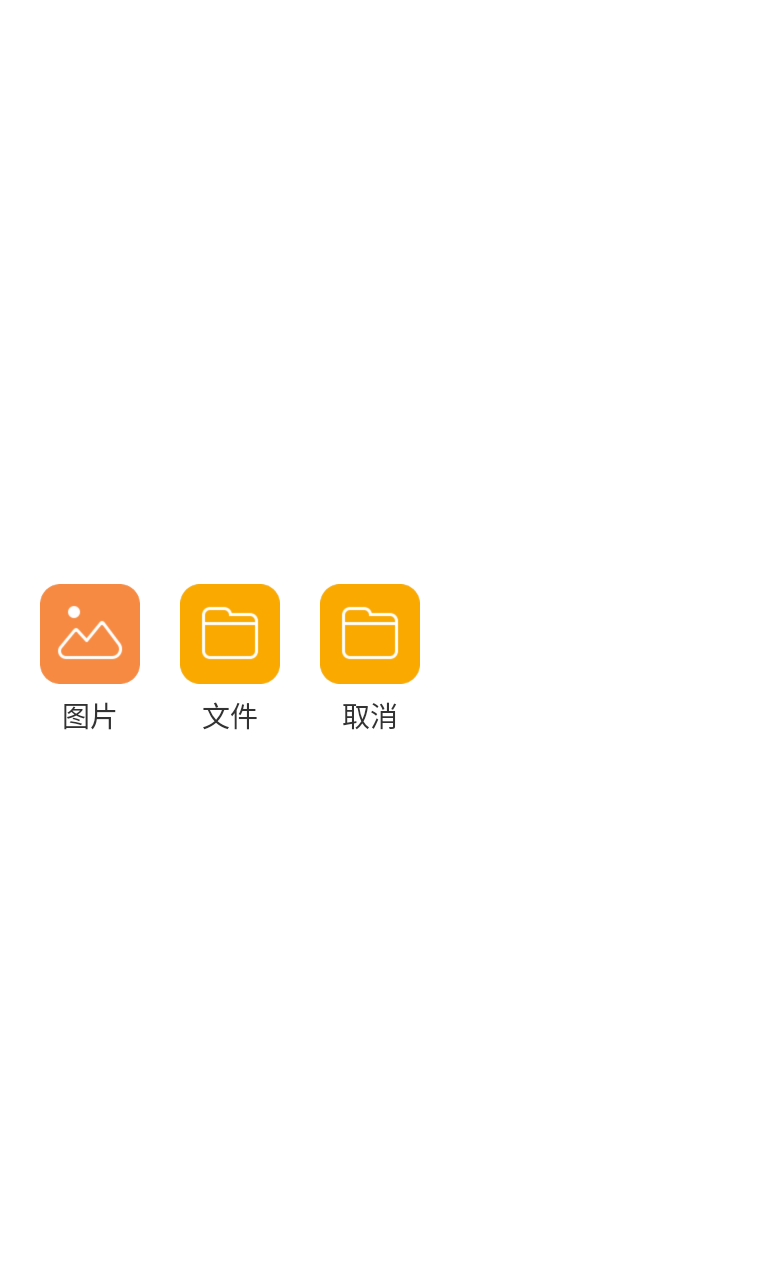
Repository: fanloveoupao/WecharTest
Layout: TestWechar/res/layout/choose_photo.xml
An editor plug-in stored every save of this project. The layout is shown before and after the next save, followed by the edit.
It is drawn on a 768 x 1280 px phone screen (xhdpi) without system bars, with theme AppTheme; the app's code is not run.

Above is the layout before, as saved 2015-10-09 07:47:04.

After the next save:
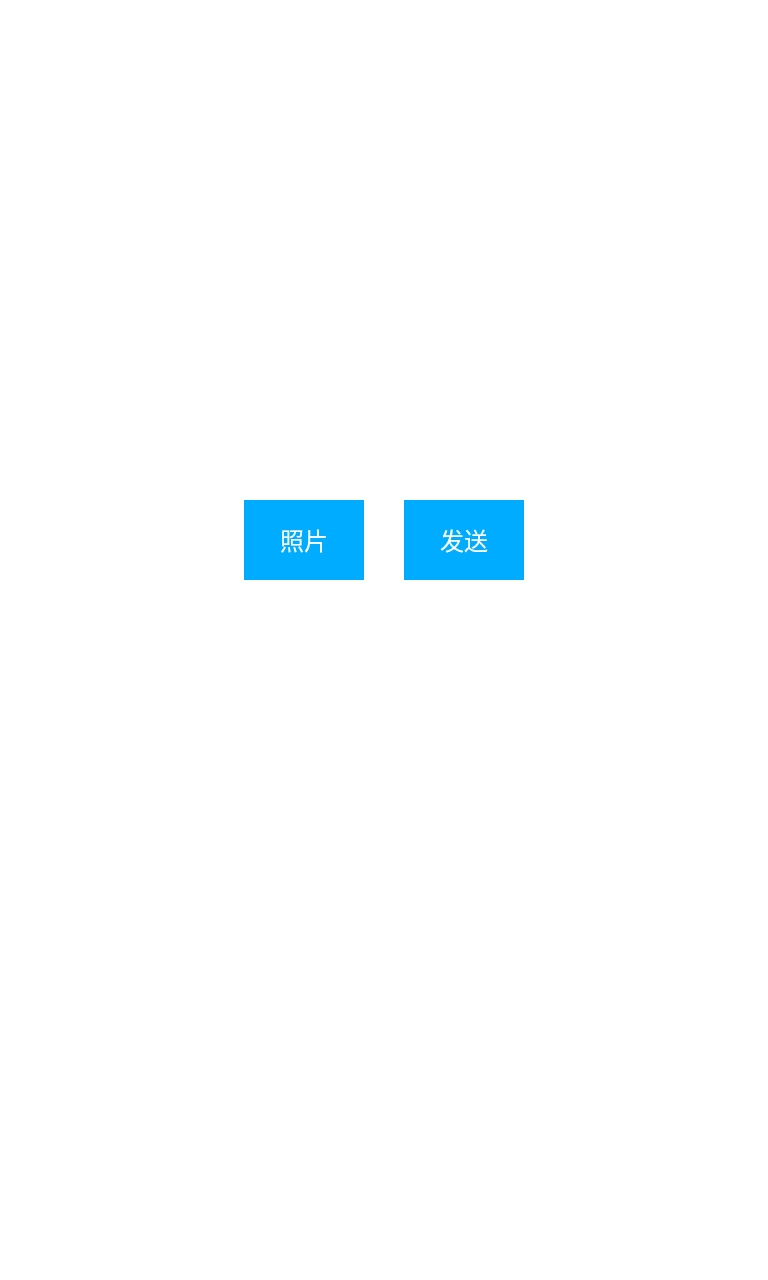
Saved 37 s later.
--- a/TestWechar/res/layout/choose_photo.xml
+++ b/TestWechar/res/layout/choose_photo.xml
@@ -2,78 +2,51 @@
 <LinearLayout xmlns:android="http://schemas.android.com/apk/res/android"
     android:layout_width="match_parent"
     android:layout_height="fill_parent"
-    android:gravity="center_vertical"
-    android:orientation="horizontal" >
+    android:gravity="center"
+    android:orientation="vertical" >
 
     <LinearLayout
-        android:layout_width="wrap_content"
+        android:id="@+id/btn_layout"
+        android:layout_width="fill_parent"
         android:layout_height="wrap_content"
-        android:layout_marginLeft="20dp"
-        android:layout_marginTop="10dp"
-        android:gravity="center_vertical"
-        android:orientation="vertical" >
+        android:gravity="center"
+        android:orientation="horizontal" >
 
-        <ImageView
-            android:id="@+id/send_photo"
-            android:layout_width="50dp"
-            android:layout_height="50dp"
-            android:src="@drawable/photo" />
+        <Button
+            android:id="@+id/btn_choose"
+            android:layout_width="60dp"
+            android:layout_height="40dp"
+            android:layout_marginRight="10dp"
+            android:background="@drawable/button_login_bg"
+            android:text="照片"
+            android:textColor="@color/white"
+            android:textSize="12dp" />
 
-        <TextView
-            android:id="@+id/text_photo"
-            android:layout_width="50dp"
-            android:layout_height="wrap_content"
-            android:layout_marginTop="5dp"
-            android:gravity="center"
-            android:text="图片" />
-    </LinearLayout>
-    <!--  -->
-
-    <LinearLayout
-        android:layout_width="wrap_content"
-        android:layout_height="wrap_content"
-        android:layout_marginLeft="20dp"
-        android:layout_marginTop="10dp"
-        android:gravity="center_vertical"
-        android:orientation="vertical" >
-
-        <ImageView
-            android:id="@+id/send_file"
-            android:layout_width="50dp"
-            android:layout_height="50dp"
-            android:src="@drawable/file" />
-
-        <TextView
-            android:id="@+id/text_file"
-            android:layout_width="50dp"
-            android:layout_height="wrap_content"
-            android:layout_marginTop="5dp"
-            android:gravity="center"
-            android:text="文件" />
+        <Button
+            android:id="@+id/btn_send"
+            android:layout_width="60dp"
+            android:layout_height="40dp"
+            android:layout_marginLeft="10dp"
+            android:background="@drawable/button_login_bg"
+            android:text="发送"
+            android:textColor="@color/white"
+            android:textSize="12dp" />
     </LinearLayout>
 
     <LinearLayout
         android:layout_width="wrap_content"
         android:layout_height="wrap_content"
-        android:layout_marginLeft="20dp"
-        android:layout_marginTop="10dp"
-        android:gravity="center_vertical"
-        android:orientation="vertical" >
+        android:gravity="center" >
 
         <ImageView
-            android:id="@+id/send_cancle"
-            android:layout_width="50dp"
-            android:layout_height="50dp"
-            android:src="@drawable/file" />
-
-        <TextView
-            android:id="@+id/text_cancel"
-            android:layout_width="50dp"
+            android:id="@+id/img"
+            android:layout_width="wrap_content"
             android:layout_height="wrap_content"
-            android:layout_marginTop="5dp"
-            android:gravity="center"
-            android:text="取消" />
+            android:adjustViewBounds="true"
+            android:maxHeight="400dp"
+            android:maxWidth="300dp"
+            android:minHeight="100dp"
+            android:minWidth="100dp" />
     </LinearLayout>
 
-
 </LinearLayout>
